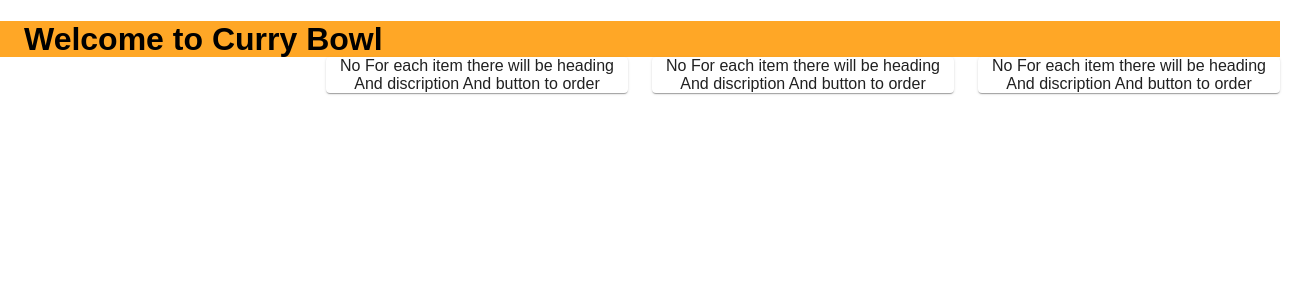
Repository: appikonda/food-order
Page: /
These files come from the project's save history. The page is drawn as it stood at one moment and after the next save; the edit follows.
The browser window is 1280 px wide. The page is 1292 px wide, so the pictures cover 1292 px, including what lies to the right of the window. The pictures show the whole page.
The project was rebuilt for these pictures with package versions that can differ from the ones it lists, and the page was loaded fresh each time. Also part of the build but not shown: webpack.config.js, src/App.css.

Above is the page before, as saved 2019-08-15 16:30:33.

After the next save:
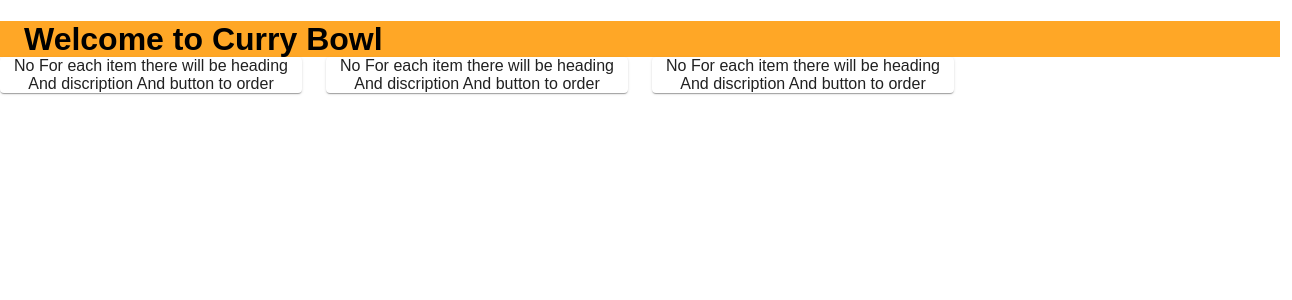
Saved 21 s later.
--- a/src/OrderFood.jsx
+++ b/src/OrderFood.jsx
@@ -44,9 +44,7 @@ renderGridOptions(){
   return (
     <div >
     <Grid container spacing={3}>
-        <Grid item xs={6} sm={3}  >
-          <Paper style={{    textAlign: 'center',  color:'#212121' }}></Paper>
-        </Grid>
+
         <Grid item xs={6} sm={3}  >
           <Paper style={{      textAlign: 'center',      color: '#212121'  }}>No   For each item there will be heading
   And discription
